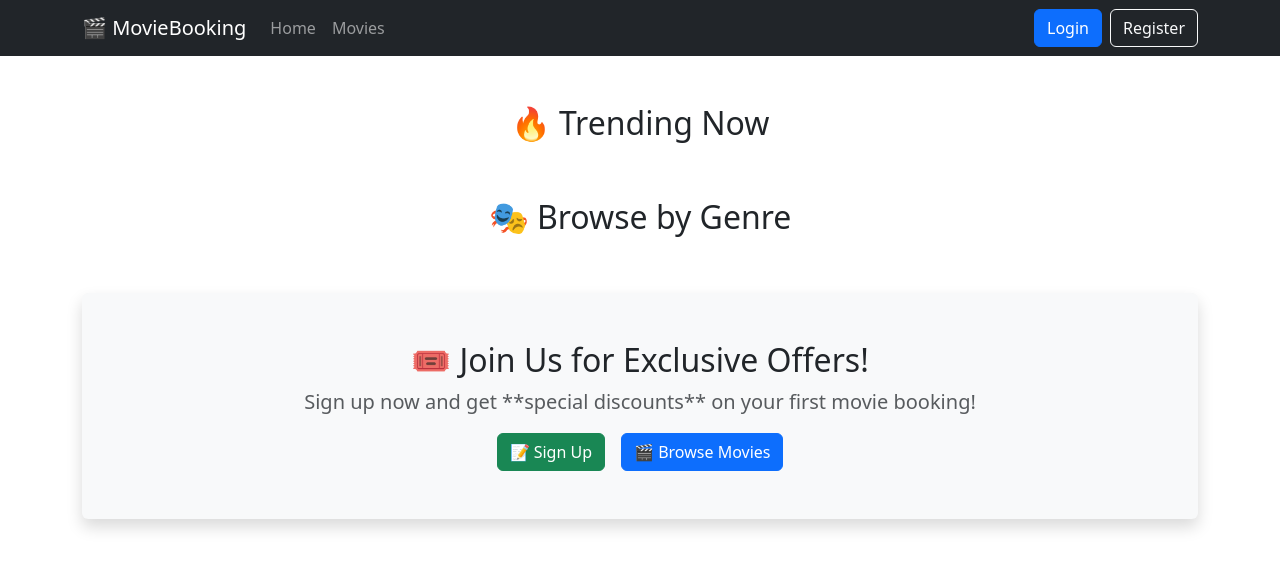
Repository: AshwinUgale/MovieBookingFrontend
Page: /
The author's editor kept a copy of each file at every save. The page is drawn from the files as they stood at one save, then again after the next save.
The browser window is 1280 px wide. The pictures show the whole page.
The page's requests for data from a server got no answer. The project was rebuilt for these pictures with package versions that can differ from the ones it lists, and the page was loaded fresh each time. No one was signed in, and anything a server would have sent is missing. Also part of the build but not shown: src/components/HeroSection.js, src/components/MovieSearch.js, src/components/Testimonials.js, src/pages/LoginPage.js, src/pages/RegisterPage.js, src/pages/DashboardPage.js, src/utils/PrivateRoute.js, src/pages/MovieList.js and 8 more.

Above is the page before, as saved 2025-02-22 21:38:31.

After the next save:
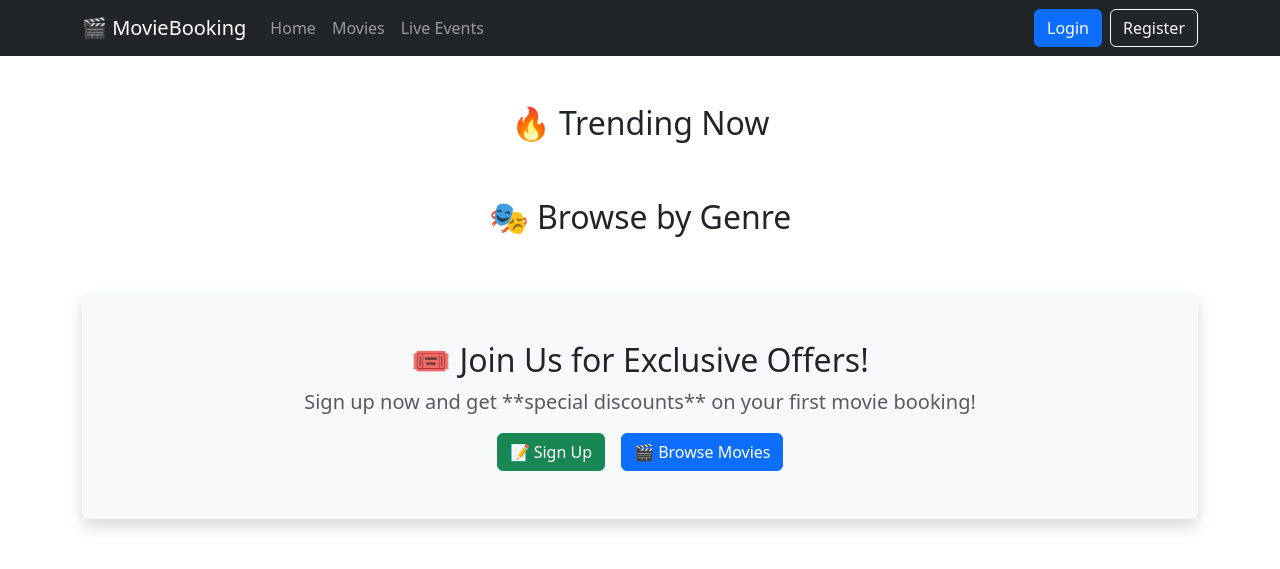
Saved 70 s later.
--- a/src/components/Navbar.js
+++ b/src/components/Navbar.js
@@ -15,6 +15,7 @@ const CustomNavbar = () => {
                     <Nav className="me-auto">
                         <Nav.Link as={Link} to="/">Home</Nav.Link>
                         <Nav.Link as={Link} to="/movies">Movies</Nav.Link>
+                        <Nav.Link as={Link} to="/events">Live Events</Nav.Link>
                         {isAuthenticated && <Nav.Link as={Link} to="/bookings">My Bookings</Nav.Link>}
                     </Nav>
                     <Nav>
